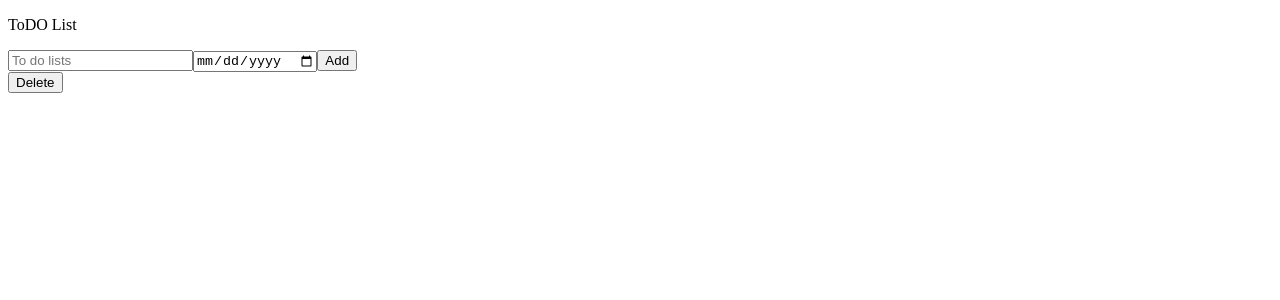
Repository: pgyunknown/ToDo-List
Page: index.html
An editor plug-in stored every save of this project. The page is shown before and after a run of saves, followed by the edit.
The browser window is 1280 px wide. The pictures show the whole page.

Above is the page before, as saved 2024-08-29 19:43:36.

After the next 3 saves:
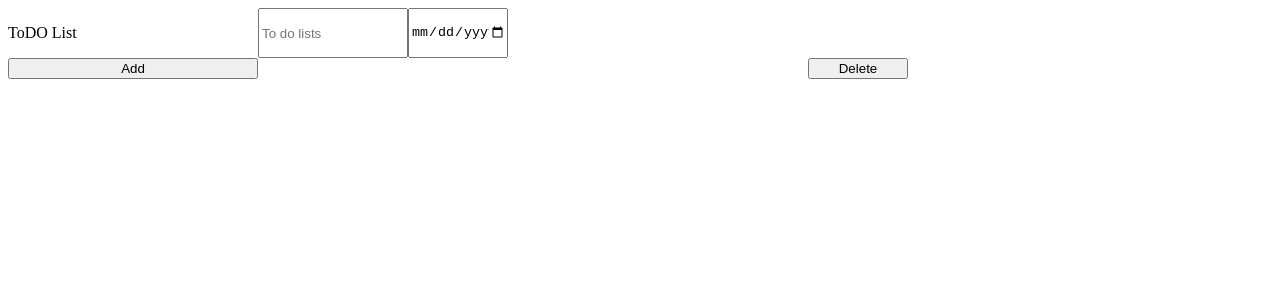
The 3 saves are shown as one change because they came seconds apart.
The last was saved 7 s later.
--- a/index.css
+++ b/index.css
@@ -1,4 +1,4 @@
-.todo-grid, .{
+.todo-grid, .grid-body{
   display: grid;
   grid-template-columns: 250px 150px 100px;
 }
